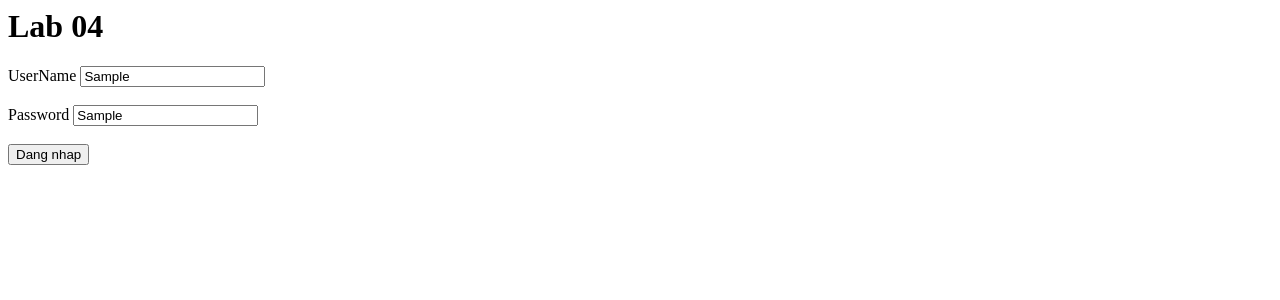
Repository: LuongPTCE181311/learning_typeScript_topic_1
Page: chapter06/Lab04/lab04.html
The author's editor kept a copy of each file at every save. The page is drawn from the files as they stood at one save, then again after a run of saves.
The browser window is 1280 px wide. The pictures show the whole page.
Empty fields were first filled with sample values (such as "Sample", 5 or name@example.com).
After loading, the first visible `#submit` was clicked once.

Above is the page before, as saved 2025-12-02 13:04:35.

### chapter06/Lab04/lab04.html
<html lang="en">
<head>
    <meta charset="UTF-8">
    <meta name="viewport" content="width=device-width, initial-scale=1.0">
    <title>Document</title>
</head>
<body>
    <h1>Lab 04</h1>
    <div>
        <span>UserName</span>
        <input id="inputName"/>
        <br />
        <br />
        <span>Password</span>
        <input id="inputPassword"/>
        <br /><br />
        <button id="submit">Dang nhap</button>
    </div>
    <script src="lab04.js"></script>
</body>
</html>

### chapter06/Lab04/lab04.js
const inputName = document.getElementById("inputName");
const inputPass = document.getElementById("inputPassword");
const mySubmit = document.getElementById("submit");
const success = document.getElementById("success");

mySubmit.addEventListener("click", () => {
    if(inputName.value === "hoidanit@gmail.com" && inputPass.value === "123456"){
        alert("Đăng nhập thành công!");
    }else {
        alert("Tài khoản hoặc mật khẩu sai");
        inputName.style.borderColor
    }
})

After the next 2 saves:
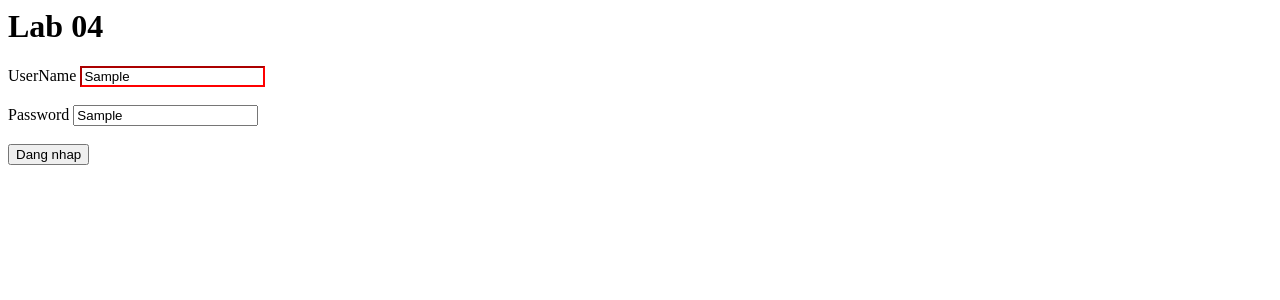
The 2 saves are shown as one change because they came seconds apart.
The last was saved 7 s later.
--- a/chapter06/Lab04/lab04.js
+++ b/chapter06/Lab04/lab04.js
@@ -8,6 +8,7 @@ mySubmit.addEventListener("click", () => {
         alert("Đăng nhập thành công!");
     }else {
         alert("Tài khoản hoặc mật khẩu sai");
-        inputName.style.borderColor
+        inputName.style.borderColor = "red";
+
     }
 })
